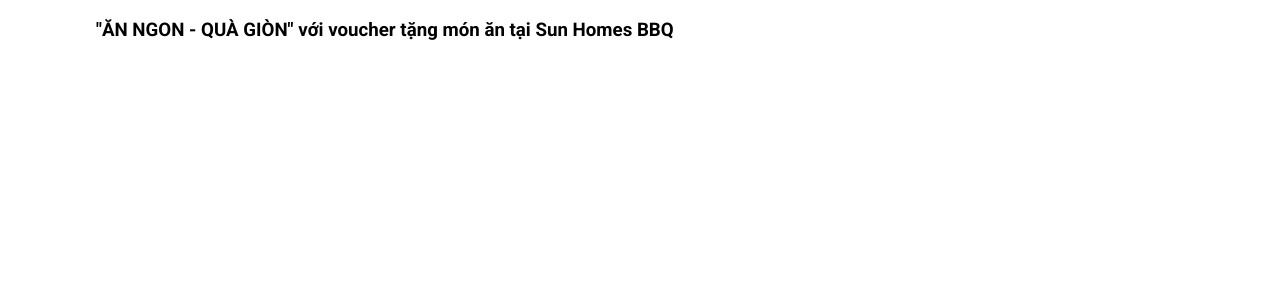
Repository: QUANGTHAI2003/sunhomesbbq
Page: TinTuc.html
The author's editor kept a copy of each file at every save. The page is drawn from the files as they stood at one save, then again after the next save.
The browser window is 1280 px wide. The pictures show the whole page.
Some web fonts or font styles are not loaded; a fallback is used.

Above is the page before, as saved 2022-02-15 11:19:26.

### TinTuc.html
<!DOCTYPE html>
<html lang="en">
<head>
    <meta charset="UTF-8">
    <meta http-equiv="X-UA-Compatible" content="IE=edge">
    <meta name="viewport" content="width=device-width, initial-scale=1.0">
    <link href='https://unpkg.com/boxicons@2.1.1/css/boxicons.min.css' rel='stylesheet'>
    <link href="https://fonts.googleapis.com/css2?family=Roboto:wght@300;500;700&display=swap" rel="stylesheet">
    <link href="https://fonts.googleapis.com/css2?family=Berkshire+Swash&display=swap" rel="stylesheet">
    <link rel="stylesheet" href="style.css">
    <title>Document</title>
</head>
<body>
    <div class="wrapper">
        <div class="news">
            <div class="post">
                <img src="" alt="">
                <h3 class="heading-TT">"ĂN NGON - QUÀ GIÒN" với voucher tặng món ăn tại Sun Homes BBQ</h3>
                <p></p>
            </div>
        </div>
    </div>
</body>
</html>

### style.css
* {
    margin: 0;
    padding: 0;
    box-sizing: border-box;
}

html {
    scroll-behavior: smooth;
    font-family: 'Roboto', sans-serif;
}
.container {
    overflow: hidden;
}

.header {
    height: 100px;
    background-color: #000;
    position: fixed;
    top: 0;
    right: 0;
    left: 0;
}

.header img {
    padding: 8px;
    width: 350px;
}
/* Navigation bar */

.nav {
    max-width: 85%;
    display: flex;
    flex-wrap: wrap;
}

#logo {
    float: left;
    padding: 0 100px;
}

@media screen and (max-width: 1400px) {
    #logo {
        padding: 6px 50px;
    }
    .header img {
        width: 300px;
    }
    .nav a {
        font-size: 14px;
    }
}

.nav > ul {
    flex-wrap: wrap;
}

.nav li {
    list-style: none;
    line-height: 100px;
    font-weight: 500;
}

.nav li a {
    color: #c6c6c6;
    padding: 6px 15px;
    text-decoration: none;
}
.nav li a:active,
.nav li a:hover {
    color: #f3e385;
    font-weight: bold;
}
.nav li:active a {
    color: #f3e385;
    font-weight: bold;
}

.nav li:last-child a {
    border: 1px solid #c6c6c6;
    border-radius: 5px;
    text-transform: none;
}

.nav li:last-child a:hover {
    background-color: #f3e385;
    color: #000;
}
/* Content */
.content {
    height: 100vh;
}

.section-heading {
    font-family: 'Berkshire Swash', cursive;
    font-size: 30px;
    letter-spacing: 2px;
    word-spacing: 8px;
}

.content-section-sunhomes {
    display: flex;
    max-width: 85%;
    background-size: cover;
    background-position: 50% 50%;
    margin: 0 auto;
    padding: 24px;
}

.section-left-sunhomes {
    padding: 0 15px 30px;
    width: 50%;
}

.section-left-sunhomes .section-heading {
    font-size: 50px;
    margin: 0 0 15px;
}

.section-left-sunhomes .section-content {
    font-size: 16px;
    margin: 0 0 20px;
    line-height: 1.4;
    color: #777777;
}

.section-left-sunhomes .section-content span {
    font-weight: 700;
}
.section-images-sunhomes {
    flex-basis: 50%;
}

.section-images-sunhomes img {
    width: 300px;
    height: 400px;
    flex-basis: 50%;
    padding: 15px;
}

@media screen and (max-width: 1480px) {
    .section-images-sunhomes img {
        width: 280px;
    }
}

@media screen and (max-width: 1400px) {
    .section-images-sunhomes img {
        width: 250px;
    }
}

@media screen and (max-width: 1280px) {
    .section-images-sunhomes img {
        width: 200px;
    }
}

.img-1 {
    display: inline-block;
    overflow: hidden;
    position: relative;
}

.img-1 img {
    transition: all 0.5s ease-in-out;
}

.img-1:hover img {
    -webkit-transform: scale(1.1);
    transform: scale(1.1);
}

.img-2 {
    display: inline-block;
    overflow: hidden;
    position: relative;
}

.img-2 img {
    transition: all 0.5s ease-in-out;
}

.img-2:hover img {
    -webkit-transform: scale(1.1);
    transform: scale(1.1);
}

.content-section-menu {
    display: flex;
    max-width: 85%;
    background-size: cover;
    background-position: 50% 50%;
    margin: 0 auto;
    padding: 24px;
}
.section-images-menu {
    display: flex;
}

.section-right-menu {
    flex: 1;
    padding: 30px 30px;
}

.section-right-menu .section-heading {
    color: #c0c0c0;
    font-size: 50px;
    margin: 0 15px;
}

.section-right-menu .section-content {
    font-size: 16px;
    margin: 0 20px;
    line-height: 1.4;
    color: #777777;
}

.section-right-menu .section-content span {
    font-weight: 700;
}
.section-images-menu {
    flex: 1;
}

.img-3 {
    filter: grayscale(100%);
}

.img-3:hover {
    filter: grayscale(0%);
    transition: 0.8s;
}

.img-4 {
    filter: grayscale(100%);
}

.img-4:hover {
    filter: grayscale(0%);
    transition: 0.8s;
}

.img-5 {
    filter: grayscale(100%);
}

.img-5:hover {
    filter: grayscale(0%);
    transition: 0.8s;
}

.img-6 {
    filter: grayscale(100%);
}

.img-6:hover {
    filter: grayscale(0%);
    transition: 0.8s;
}

.section-images-menu img {
    width: 280px;
    height: 200px;
    flex-basis: 25%;
    padding: 15px;
}

.bg-menu {
    background-color: #000;
    height: 480px;
}

.btn-menu {
    display: inline-block;
    color: #c0c0c0;
    font-size: 18px;
    padding: 10px 20px;
    border: 1px solid #c6c6c6;
    border-radius: 5px;
    text-transform: none;
    margin: 12px 20px;
}

.btn-menu:hover {
    color: #555;
    background: #ccc;
    font-weight: bold;
}

.btn-menu .icon-menu {
    color: #c0c0c0;
    font-size: 16px;
}

.btn-menu:hover .icon-menu {
    color: #555;
    background: #ccc;
    font-weight: bold;
}

.icon-menu:hover {
    color: #ccc;
    background: #000;
}

.btn-res {
    display: inline-block;
    color: #727272;
    font-size: 18px;
    padding: 10px 20px;
    border: 1px solid #727272;
    border-radius: 5px;
    text-transform: none;
    font-weight: bold;
}

.btn-res:hover {
    color: #ccc;
    background: #555;
    font-weight: bold;
}

.btn-res .icon-menu {
    color: #000;
    font-size: 16px;
}

/* Footer */
.footer {
    background: #000;
    font-size: 14px;
    line-height: 1.4;
}

.copyright {
    display: flex;
    max-width: 80%;
    margin: 0 auto;
    justify-content: space-between;
    color: #ffffff80;
    padding: 1px;
    bottom: 0;
    top: 0;
}

.sign-now {
    background: url(./img/banner.jpg);
    background-color: rgba(0, 0, 0, 0.84);
    width: 100%;
    height: 100px;
    background-size: 100%;
}

.endow {
    max-width: 80%;
    margin: 0 auto;
    opacity: 1;
}

.sign-now span {
    color: black;
    line-height: 100px;
    margin: 0 20px;
    font-size: 18px;
    font-weight: 500;
}

.sign-now .endow #Email {
    width: 360px;
    height: 40px;
    border-radius: 20px;
    padding: 0 15px;
    margin: 0 5px 0 120px;
    background: rgba(204, 204, 204, 0.4);
    outline: none;
}

.sign-now .endow #Email::placeholder {
    color: #fff;
    font-size: 18px;
}

.sign-now .endow #sign {
    width: 150px;
    height: 40px;
    border-radius: 8px;
    background: #f3e385;
}

.sign-now .endow #sign::placeholder {
    color: #000;
    font-size: 18px;
    font-weight: bold;
}

.sign-now .endow #sign:hover {
    opacity: 0.8;
}

@media screen and (max-width: 1400px) {
    .sign-now span {
        font-size: 16px;
    }

    .sign-now .endow #Email {
        margin: 0 5px 0 60px;
        width: 200px;
    }

    .sign-now .endow #sign {
        width: 120px;
    }
}

.brand {
    display: flex;
    height: 100px;
    justify-content: space-between;
    align-items: center;
    margin: 0 auto;
    max-width: 85%;
}

.brand img {
    width: 8%;
    height: 50px;
}

.brand1 {
    filter: grayscale(100%);
}

.brand1:hover {
    filter: grayscale(0%);
    transition: 0.8s;
}

.brand2 {
    filter: grayscale(100%);
}

.brand2:hover {
    filter: grayscale(0%);
    transition: 0.8s;
}

.brand3 {
    filter: grayscale(100%);
}

.brand3:hover {
    filter: grayscale(0%);
    transition: 0.8s;
}

.brand4 {
    filter: grayscale(100%);
}

.brand4:hover {
    filter: grayscale(0%);
    transition: 0.8s;
}

.brand5 {
    filter: grayscale(100%);
}

.brand5:hover {
    filter: grayscale(0%);
    transition: 0.8s;
}

.brand6 {
    filter: grayscale(100%);
}

.brand6:hover {
    filter: grayscale(0%);
    transition: 0.8s;
}

.brand7 {
    filter: grayscale(100%);
}

.brand7:hover {
    filter: grayscale(0%);
    transition: 0.8s;
}

.brand8 {
    filter: grayscale(100%);
}

.brand8:hover {
    filter: grayscale(0%);
    transition: 0.8s;
}

.brand9 {
    filter: grayscale(100%);
}

.brand9:hover {
    filter: grayscale(0%);
    transition: 0.8s;
}

.brand10 {
    filter: grayscale(100%);
}

.brand10:hover {
    filter: grayscale(0%);
    transition: 0.8s;
}

#myBtn {
    position: fixed;
    bottom: 30px;
    right: 10px;
    float: right;
    right: 5%;
    left: 95%;
    max-width: 30px;
    width: 80px;
    height: 30px;
    font-size: 20px;
    border-color: rgba(85, 85, 85, 0.2);
    background-color: rgb(100, 100, 100);
    padding: 1px;
    border-radius: 60px;
}

.arrow {
    font-size: 20px;
    padding: 1px 0;
}

#myBtn:hover {
    opacity: 0.8;
}

/* Gioi Thieu */
.wrapper {
    display: flex;
    max-width: 85%;
    margin: 0 auto;
}

.heading-GT {
    display: inline-block;
    font-size: 24px;
    padding: 10px 90px;
    font-weight: bold;
}

.para-GT {
    line-height: 1.4;
    margin: 20px 0;
    color: #777777;
}

.Gioi-Thieu1,
.Gioi-Thieu2 {
    width: 600px;
    margin: 30px 30px;
}

.Gioi-Thieu1 img,
.Gioi-Thieu2 img {
    width: 600px;
}

@media screen and (max-width: 1400px) {
    .Gioi-Thieu1,
    .Gioi-Thieu2 {
        width: 500px;
        margin: 30px 15px;
    }

    .Gioi-Thieu1 img,
    .Gioi-Thieu2 img {
        width: 500px;
    }

    .heading-GT {
        display: inline-block;
        font-size: 20px;
        padding: 10px 70px;
        font-weight: bold;
    }
}

/* Dat Ban */

.DB {
    display: flex;
}

.set-table {
    margin: 30px 12px;
    flex: 1;
}

.set-table p {
    margin: 16px 0;
}

.set-table ul {
    list-style: none;
    margin-bottom: 80px;
}

.set-table ul li {
    margin: 8px 0;
    padding: 6px;
    border-bottom: 1px solid rgba(0, 0, 0, 0.4);
    color: #777777;
    font-size: 16px;
}

.set-table ul li .arrow-right {
    margin-right: 6px;
}

.heading-DB {
    font-size: 40px;
    font-family: 'Berkshire Swash';
}

.set-table-info {
    margin: 25px 12px 15px;
    flex: 1;
}

.set-table-info input {
    border: 1px solid #c6c6c6;
    display: inline-block;
    width: 90%;
    height: 40px;
    margin: 8px 0;
    border-radius: 4px;
    padding: 0 5px;
    outline: none;
    box-shadow: rgba(0, 0, 0, 0.35) 0px 5px 15px;
}

.set-table-info input:focus {
    box-shadow: inset rgba(0, 0, 0, 0.35) 0px 5px 15px;
}

.wrapper .set-table-info #sign {
    width: 140px;
    background-color: #f3e385;
    font-size: 16px;
}

.wrapper .set-table-info #sign:hover {
    box-shadow: inset rgba(0, 0, 0, 0.35) 0px 5px 15px;
    opacity: 0.8;
    cursor: pointer;
    font-weight: bold;
}

/* Thuc don */

.heading-menu {
    display: inline-block;
    position: relative;
    left: 50%;
    transform: translateX(-50%);
    font-size: 36px;
    font-weight: bold;
    padding: 24px;
}

.heading-food {
    margin: 10px 12px;
    font-size: 26px;
    font-weight: bold;
}

.contain {
    width: 85%;
    margin: 0 auto;
    padding: 40px;
    border: 1px solid #c6c6c6;
}

.menu-foods {
    display: flex;
    flex-wrap: wrap;
}

.menu-food {
    width: 360px;
    height: 200px;
    margin: 0 20px 520px 20px;
}

.menu-food .food {
    width: 380px;
    border-radius: 4px;
}

.list-food ul {
    list-style: none;
}

.list-food ul li {
    font-size: 18px;
    border-bottom: 1px solid rgba(148, 134, 134, 0.26);
    padding: 5px 0;
}

.list-food ul li .bx-check {
    margin: 0 8px;
    color: rgba(16, 134, 5, 0.6);
    font-weight: bold;
    font-size: 24px;
}

/* Tuyen dung */

.TD {
    display: flex;
    margin-bottom: 10px;
}

.heading-recruit {
    font-size: 40px;
    font-weight: bold;
    font-family: 'Berkshire Swash';
    padding-top: 20px;
}

.recruit {
    flex: 1;
    margin-right: 30px;
    display: inline-block;
}

.recruit p {
    padding-top: 20px;
    color: #777777;
}

.recruit ul {
    padding-top: 20px;
    list-style: none;
}

.recruit ul li {
    padding: 6px;
    margin: 8px 0;
    border-bottom: 1px solid rgba(0, 0, 0, 0.4);
    font-size: 16px;
    color: #777777;
}

.recruit ul li .bx-check {
    margin: 0 8px;
    color: rgba(16, 134, 5, 0.6);
    font-weight: bold;
    font-size: 24px;
}

.recruit p a {
    color: #334862;
    text-decoration: none;
}

.recruit p a:hover {
    color: #000;
}

.img-TD {
    margin-left: 30px;
    flex: 1;
}

.img-TD img {
    width: 100%;
    height: 70%;
    margin: 16px 8px;
    padding-top: 30px;
}

/* Lien he */

.LH {
    display: flex;
}

.info-LH {
    flex: 1;
}
.heading-LH {
    font-size: 40px;
    font-weight: bold;
    font-family: 'Berkshire Swash';
    padding-top: 20px;
}
.info-LH p {
    padding-top: 20px;
    color: #777777;
}

.info-LH ul {
    padding-top: 20px;
    list-style: none;
}

.info-LH ul li {
    padding: 6px;
    margin: 8px 0;
    font-size: 16px;
    color: #777777;
}
.enter-info {
    flex: 1;
    margin: 25px 12px 15px;
}

.enter-info input {
    border: 1px solid #c6c6c6;
    display: inline-block;
    width: 90%;
    height: 40px;
    margin: 8px 0;
    border-radius: 4px;
    padding: 0 5px;
    outline: none;
    box-shadow: rgba(0, 0, 0, 0.35) 0px 5px 15px;
}

.enter-info input:hover {
    box-shadow: inset rgba(0, 0, 0, 0.35) 0px 5px 15px;
}

.enter-info textarea {
    border: 1px solid #c6c6c6;
    display: inline-block;
    width: 90%;
    margin: 8px 0;
    border-radius: 4px;
    padding: 5px;
    outline: none;
    box-shadow: rgba(0, 0, 0, 0.35) 0px 5px 15px;
}

.enter-info textarea:hover {
    box-shadow: inset rgba(0, 0, 0, 0.35) 0px 5px 15px;
}

After the next save:
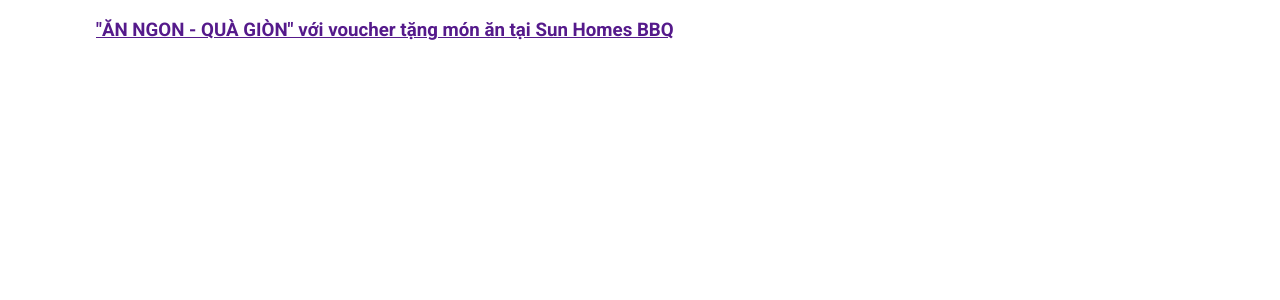
Saved 102 s later.
--- a/TinTuc.html
+++ b/TinTuc.html
@@ -15,7 +15,9 @@
         <div class="news">
             <div class="post">
                 <img src="" alt="">
-                <h3 class="heading-TT">"ĂN NGON - QUÀ GIÒN" với voucher tặng món ăn tại Sun Homes BBQ</h3>
+                <a href="">
+                    <h3 class="heading-TT">"ĂN NGON - QUÀ GIÒN" với voucher tặng món ăn tại Sun Homes BBQ</h3>
+                </a>
                 <p></p>
             </div>
         </div>
